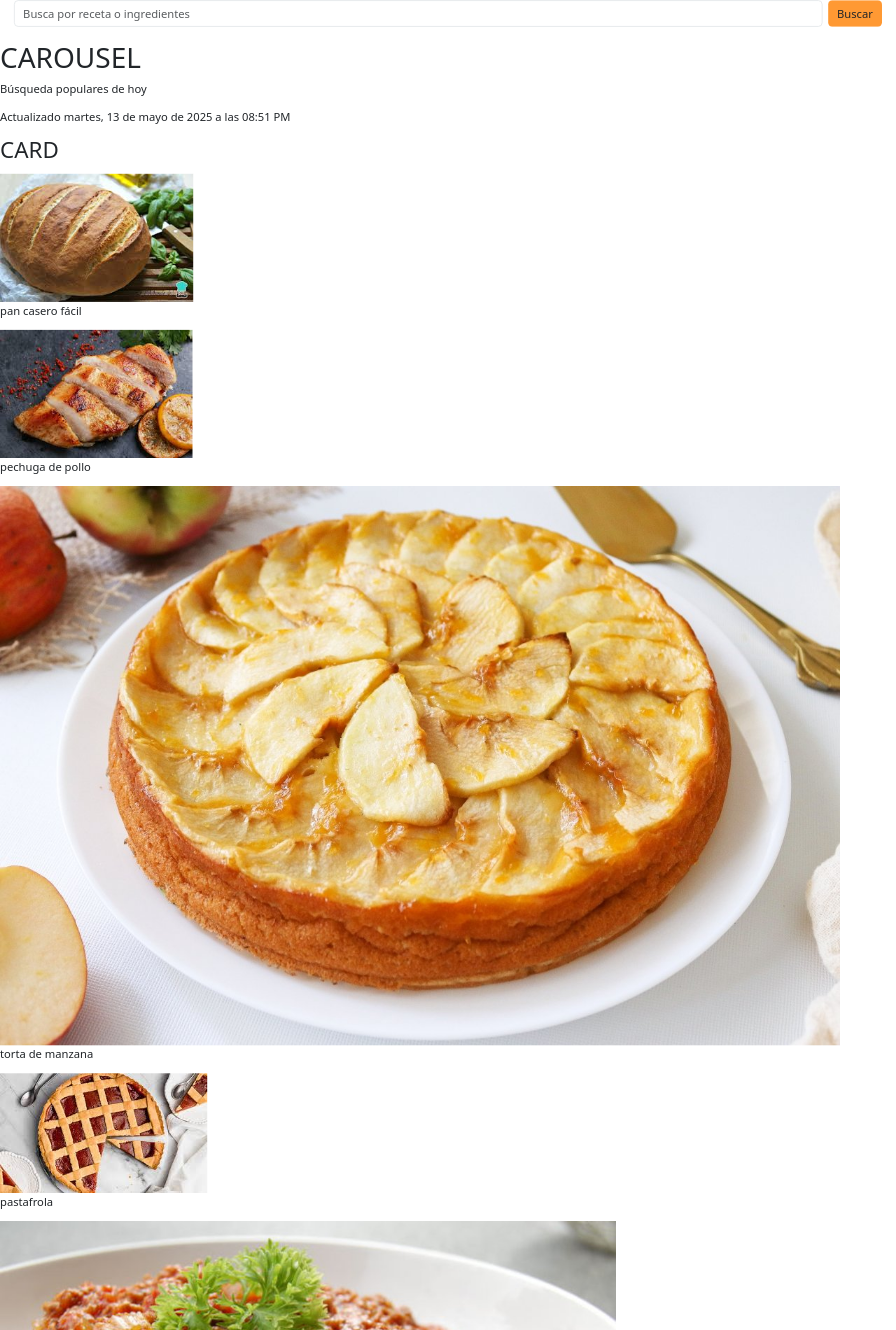
Repository: lucasp3113/coockpad
Page: index.html
The author's editor kept a copy of each file at every save. The page is drawn from the files as they stood at one save, then again after the next save.
The browser window is 1280 px wide. The pictures show the part of the page from y = 336 to 2236 px (the page is 3670 px tall), at 70% of full size.
A picture or video elsewhere on the page could not be fetched, so the positions and the page height are approximate.

Above is the page before, as saved 2025-05-15 12:08:14.

After the next save:
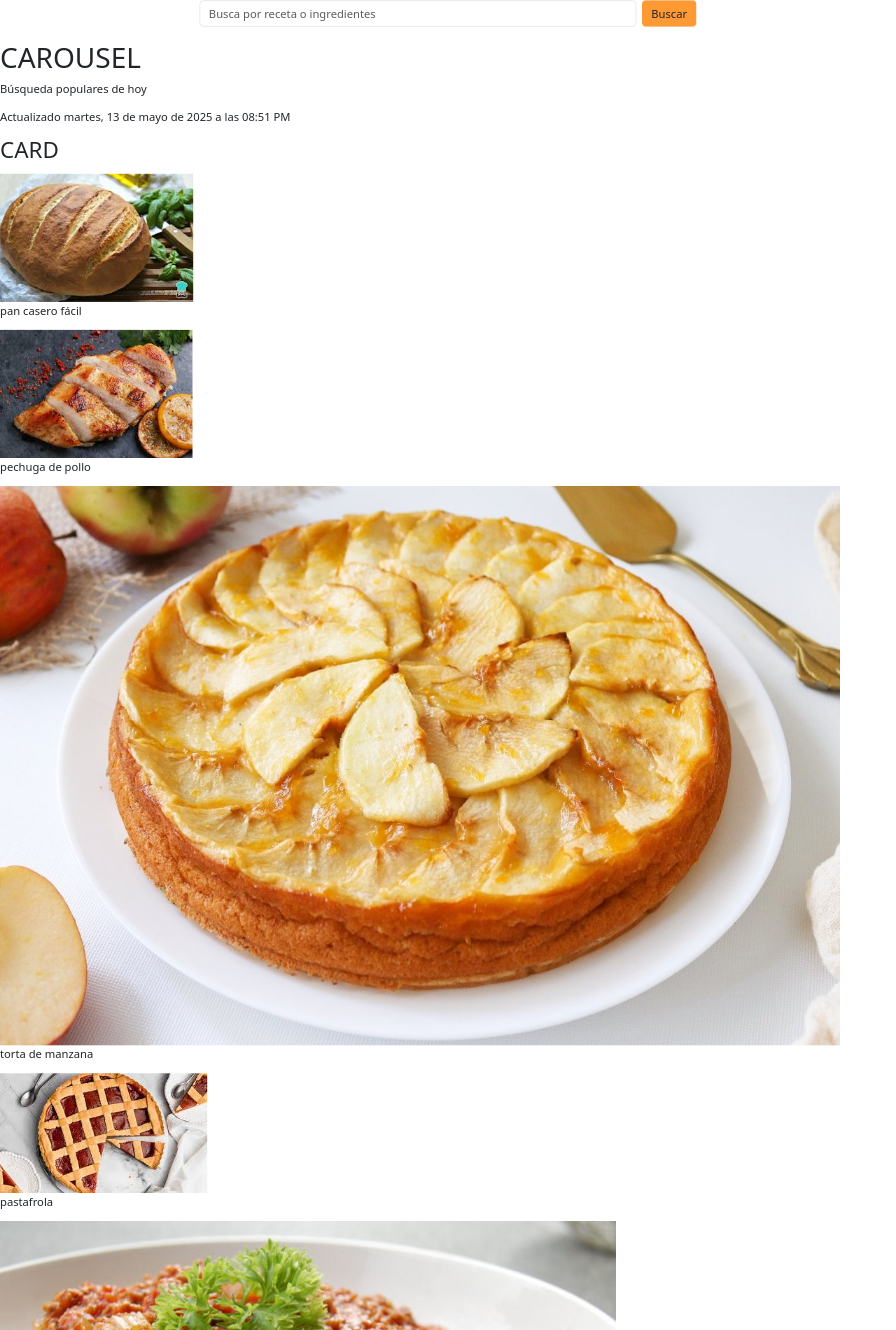
Saved 6 s later.
--- a/index.html
+++ b/index.html
@@ -14,7 +14,7 @@
         <h1>cookpad</h1>
     </header>
     <nav class="d-flex flex-row d-flex justify-content-center d-flex align-items-center m-3">
-        <input type="text" class="form-control m-1 w-30 " placeholder="Busca por receta o ingredientes"/>
+        <input type="text" class="form-control m-1 w-50 " placeholder="Busca por receta o ingredientes"/>
         <button type="submit" class="btn btn-orange m-1">Buscar</button>
     </nav>
     <main>

After the save that followed:
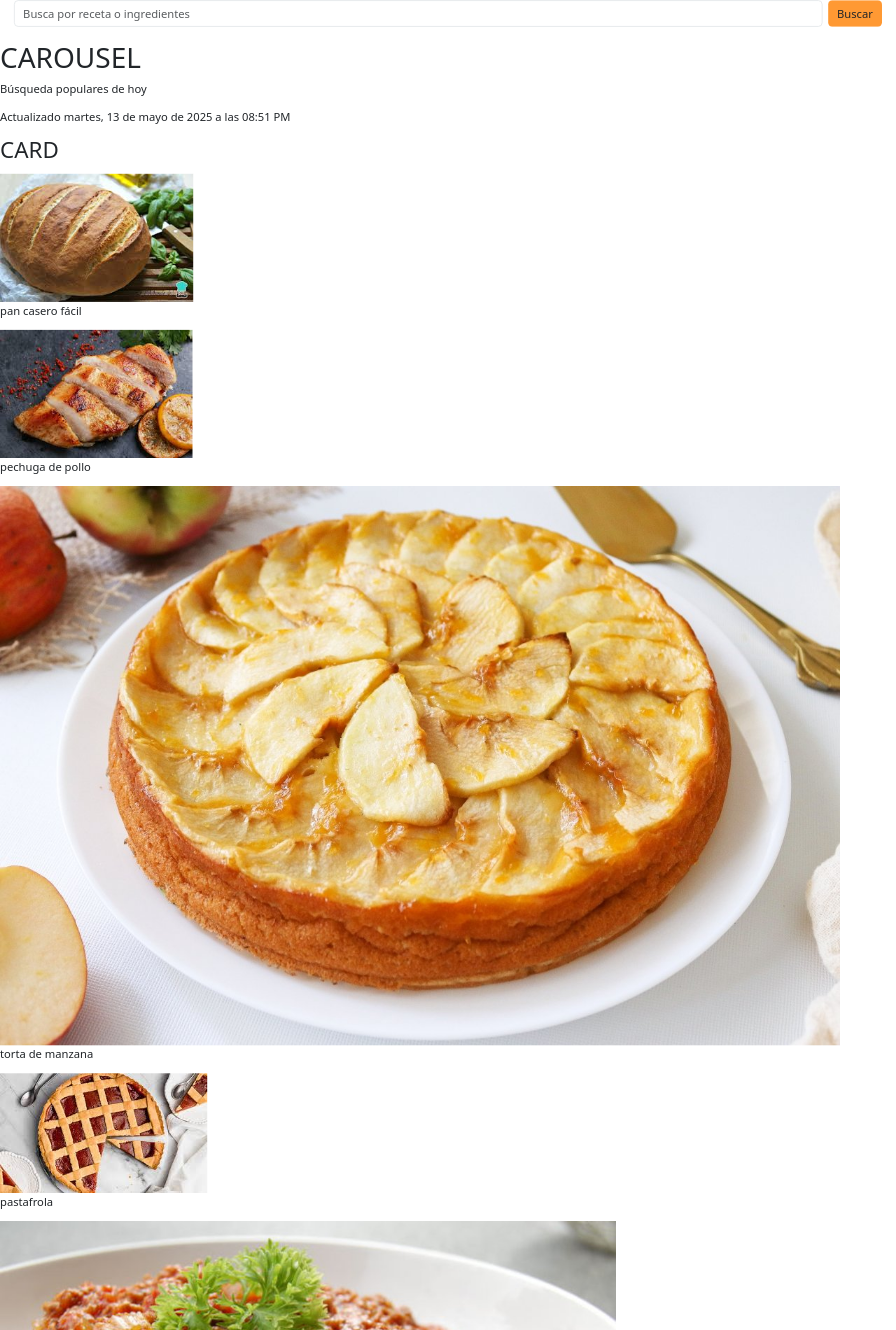
Saved 5 s later.
--- a/index.html
+++ b/index.html
@@ -14,7 +14,7 @@
         <h1>cookpad</h1>
     </header>
     <nav class="d-flex flex-row d-flex justify-content-center d-flex align-items-center m-3">
-        <input type="text" class="form-control m-1 w-50 " placeholder="Busca por receta o ingredientes"/>
+        <input type="text" class="form-control m-1 w-45 " placeholder="Busca por receta o ingredientes"/>
         <button type="submit" class="btn btn-orange m-1">Buscar</button>
     </nav>
     <main>
